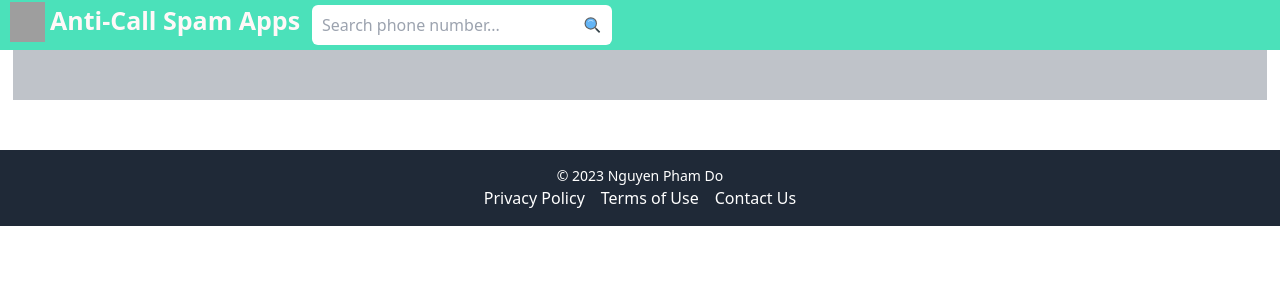
Repository: NPham1402/Web-user-callSpamBlocker
Page: /detail
An editor plug-in stored every save of this project. The page is shown before and after the next save, followed by the edit.
The browser window is 1280 px wide. The pictures show the whole page.
Pictures or frames that could not be fetched are drawn as grey boxes. The project was rebuilt for these pictures with package versions that can differ from the ones it lists, and the page was loaded fresh each time. The framework's server and built-in components were replaced by stand-ins that run in the browser. Also part of the build but not shown: next.config.js.

Above is the page before, as saved 2023-02-09 22:01:37.

After the next save:
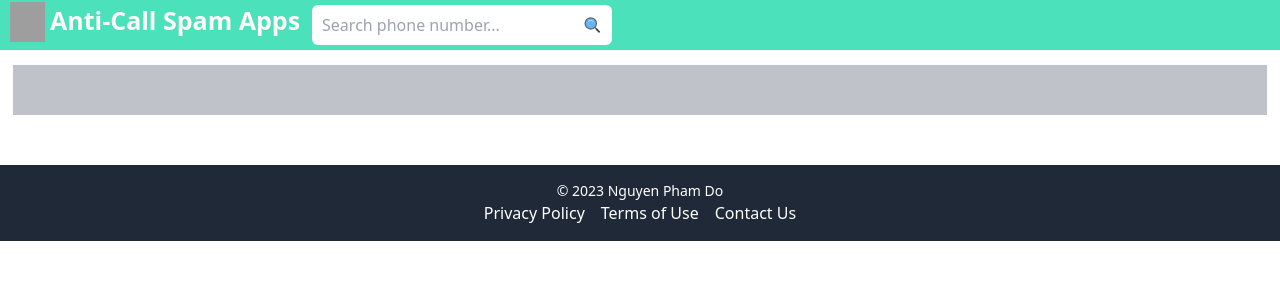
Saved 2 min 20 s later.
--- a/pages/detail.js
+++ b/pages/detail.js
@@ -33,7 +33,7 @@ function detail() {
             <FcSearch className="text-[20px] cursor-pointer" />
           </div>
         </div>
-        <div className="w-[98%] mx-auto h-[50px] bg-[#bfc3c9]"></div>
+        <div className="w-[98%] my-[15px] mx-auto h-[50px] bg-[#bfc3c9]"></div>
       </main>
       <footer class="bg-gray-800 mt-[50px] text-white py-4">
         <div class="container mx-auto">
